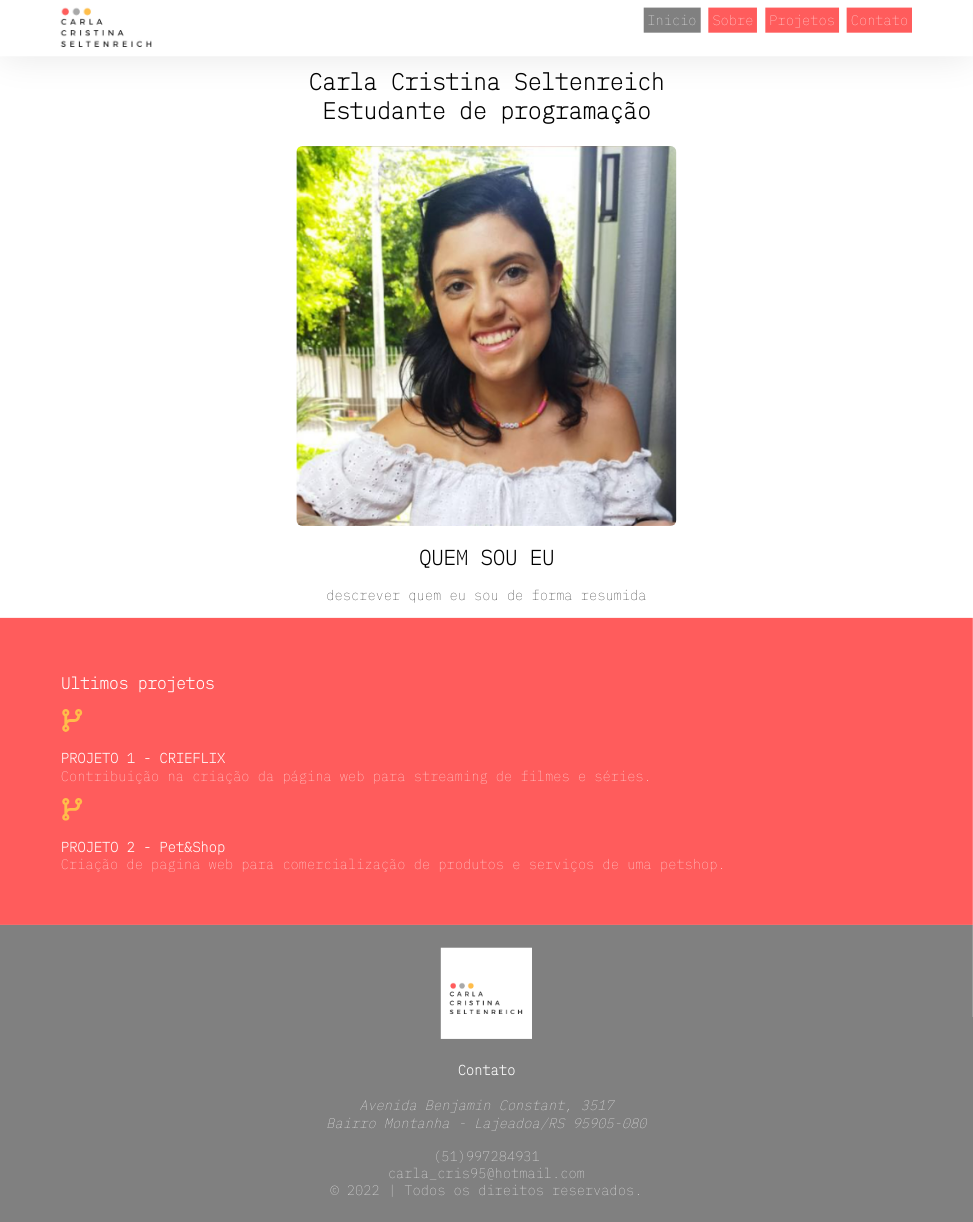
Repository: carla-seltenreich/portfolio
Page: index.html
An editor plug-in stored every save of this project. The page is shown before and after the next save, followed by the edit.
The browser window is 1280 px wide. The pictures show the whole page, at 76% of full size.

Above is the page before, as saved 2022-05-24 23:00:18.

After the next save:
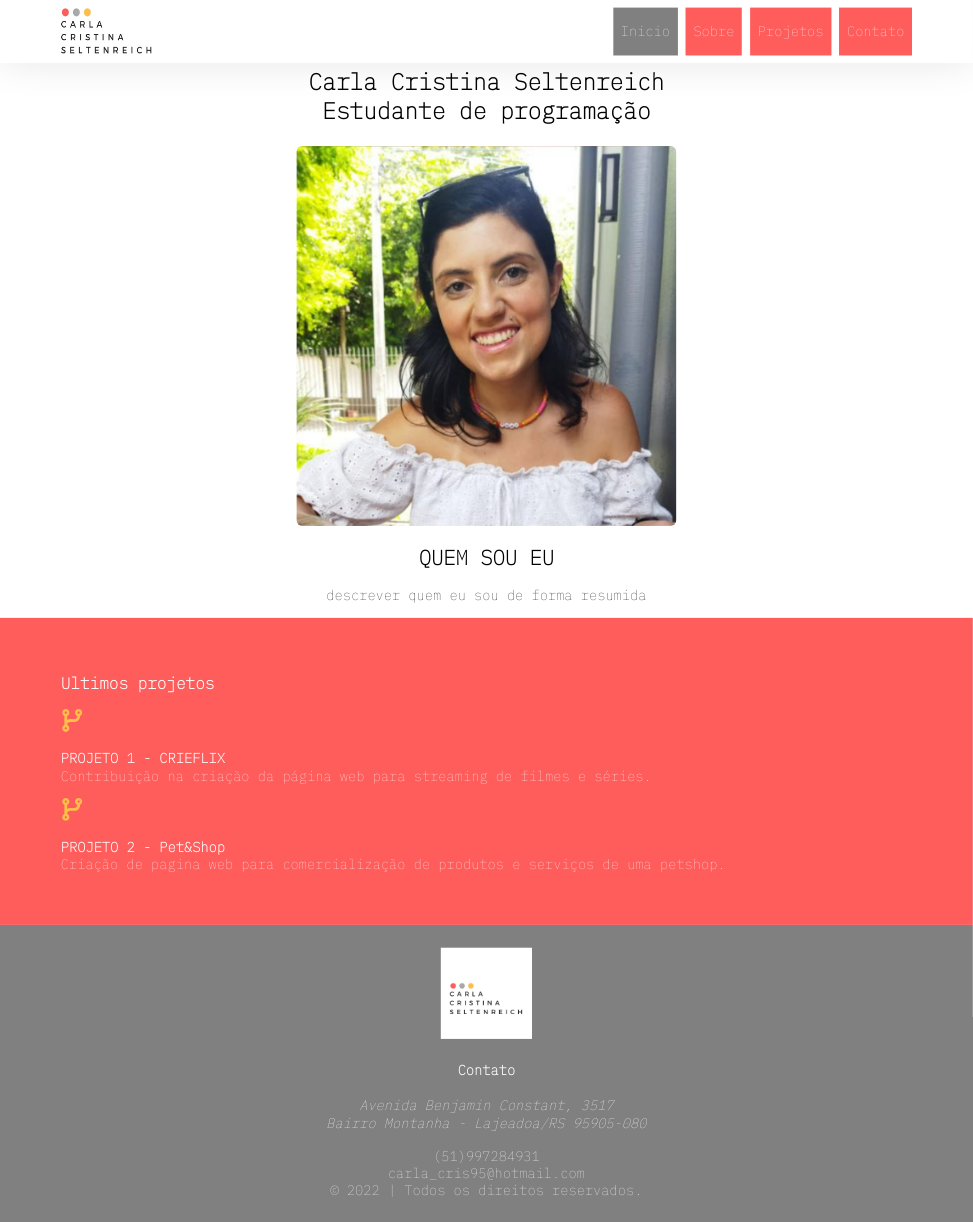
Saved 14 s later.
--- a/style.css
+++ b/style.css
@@ -114,4 +114,7 @@ body {
         display: flex;
         justify-content: space-between;
     }
+    .nav a {
+        padding: 20px 10px;
+    }
 }
